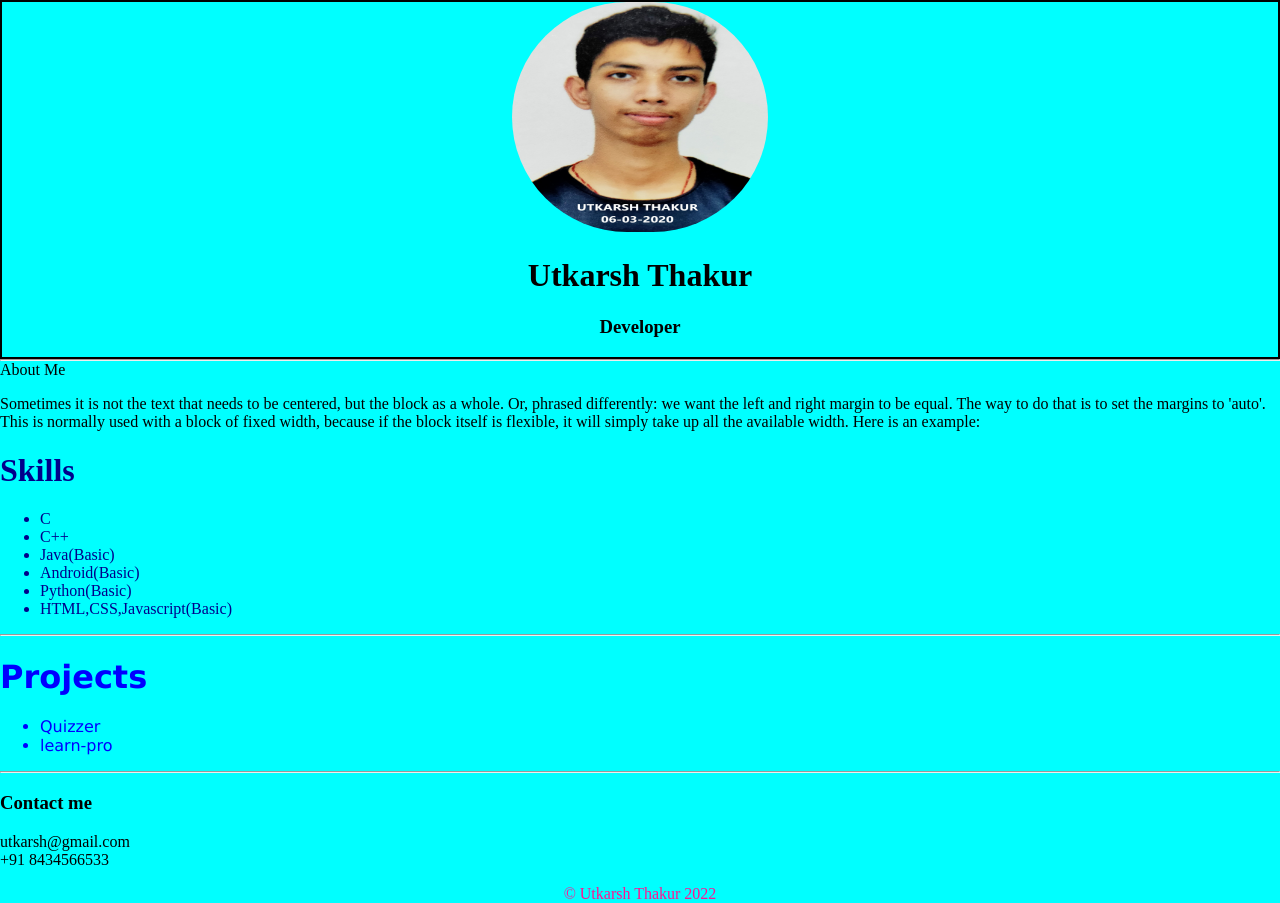
Repository: UtkarshThakur321/Utkarsh-Thakur-Profile
Page: index.html
These files come from the project's save history. The page is drawn as it stood at one moment and after the next save; the edit follows.
The browser window is 1280 px wide. The pictures show the whole page.

Above is the page before, as saved 2022-01-18 22:23:39.
Not found: main.js

### index.html
<!DOCTYPE html>
<html>
<head>
    <meta charset='utf-8'>
    <meta http-equiv='X-UA-Compatible' content='IE=edge'>
    <title>Page Title</title>
    <meta name='viewport' content='width=device-width, initial-scale=1'>
    <link rel='stylesheet' type='text/css' media='screen' href="index.css">
    <script src='main.js'></script>
</head>
<body>
    <div id="main">
    <!-- <div id="nav">
        <h1>My Resume</h1>
    </div> -->
    <center>
        <div id="intro">
            <div id="profileImage">
                 <img src="main3.jpg" alt="DP_Utkarsh__Thakur"
                 width="180" height="170">
            </div>
            <div id="profileName">
                <h1>Utkarsh Thakur</h1>
                <h3>Developer</h3>
            </div>

            <div>


             </div>
        </div>
    </center>

    <hr>

  <div id="aboutMe">
    <div id="aboutMeHeading">
        About Me
    </div>
    <div id="aboutMeContent">
        <p>
            Sometimes it is not the text that needs to be centered, but the block as a whole. Or, phrased differently: we want the left and right margin to be equal. The way to do that is to set the margins to 'auto'. This is normally used with a block of fixed width, because if the block itself is flexible, it will simply take up all the available width. Here is an example:
        </p>
    </div>
  </div>

    <div id="skills">
        <h1>Skills</h1>
        <ul>
            <li>C</li>
            <li>C++</li>
            <li>Java(Basic)</li>
            <li>Android(Basic)</li>
            <li>Python(Basic)</li>
            <li>HTML,CSS,Javascript(Basic)</li>
        </ul>
    </div>

    <hr>
    <div id="projects">
        <h1>Projects</h1>
        <ul>
            <li>Quizzer</li>
            <li>learn-pro</li>
        </ul>
    </div>
    <hr>

    <div id="footer">
        <h3>Contact me</h3>
        <p>
            utkarsh@gmail.com<br>
            +91 8434566533

        </p>
            <div id="copyright">
         &copy; Utkarsh Thakur 2022
            </div>
        </div>
    </div>



</body>
</html>

### index.css
body{
    width:100%;
    margin:0px;
    background-color:aqua

}
#intro{
    border:2px solid black;

}

#profileImage>img{
    height:230px;
    width:20%;
    border-radius: 120px;
}

.intro{
    color:brown;

}






hr{
    margin:0px;
}

#nav{
    height:50px;
    display:content;
    text-align: center;
    font-weight: 900;
    color:black;}
    /* text-align: center;
    font-family: Verdana, Geneva, Tahoma, sans-serif;
} */

#skills{
    color:darkblue;
    font-weight: 400;

}

#projects{
    font-family: Verdana, Geneva, Tahoma, sans-serif;
    color:blue;
}


/* #footer{
    text-align: center;
} */
#copyright{
    text-align: center;
    color:deeppink
}

After the next save:
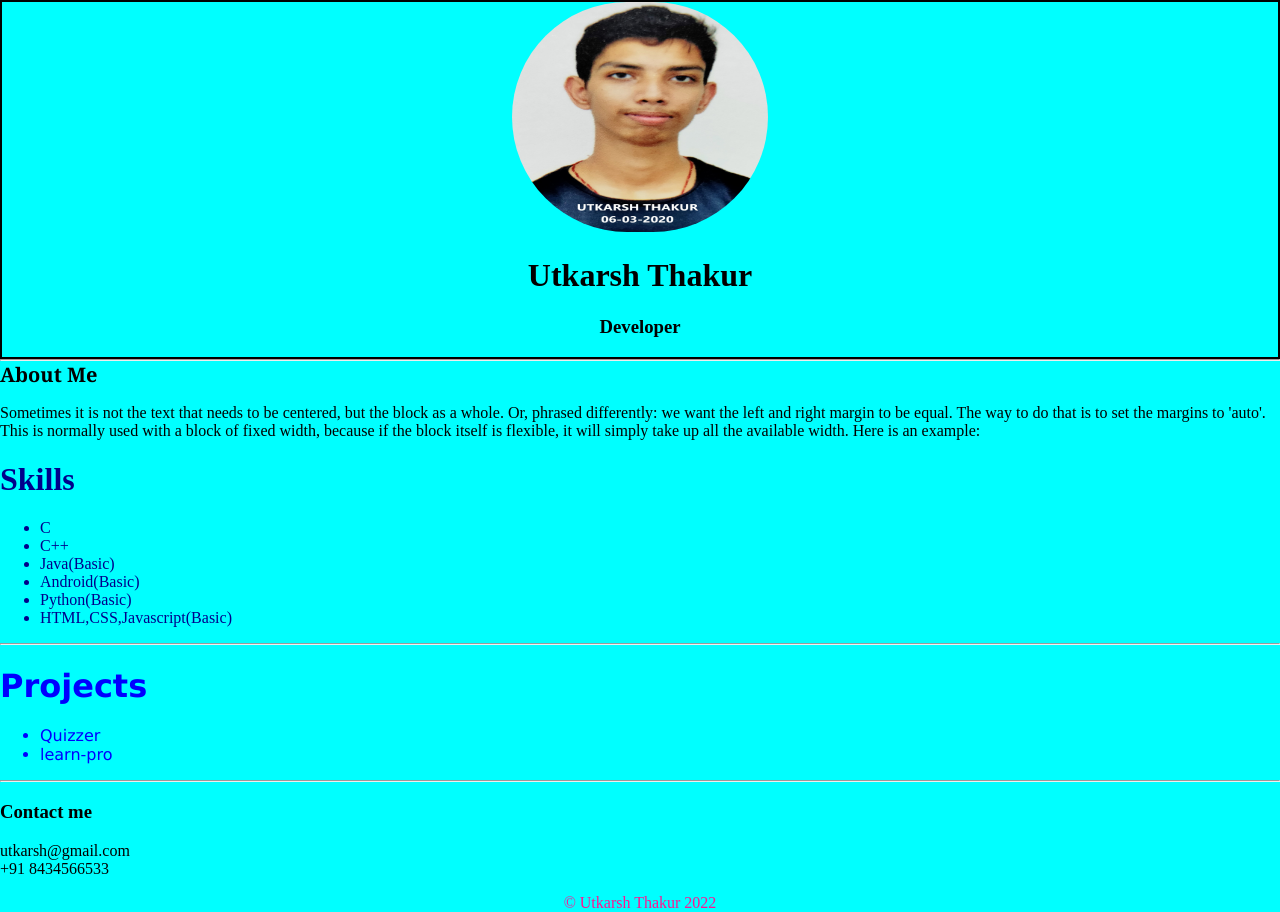
Saved 72 s later.
--- a/index.css
+++ b/index.css
@@ -20,6 +20,11 @@ body{
 
 }
 
+#aboutMeHeading{
+    font-family: Georgia, 'Times New Roman', Times, serif;
+    font-size:20px;
+    font-weight: bold;
+}
 
 
 
